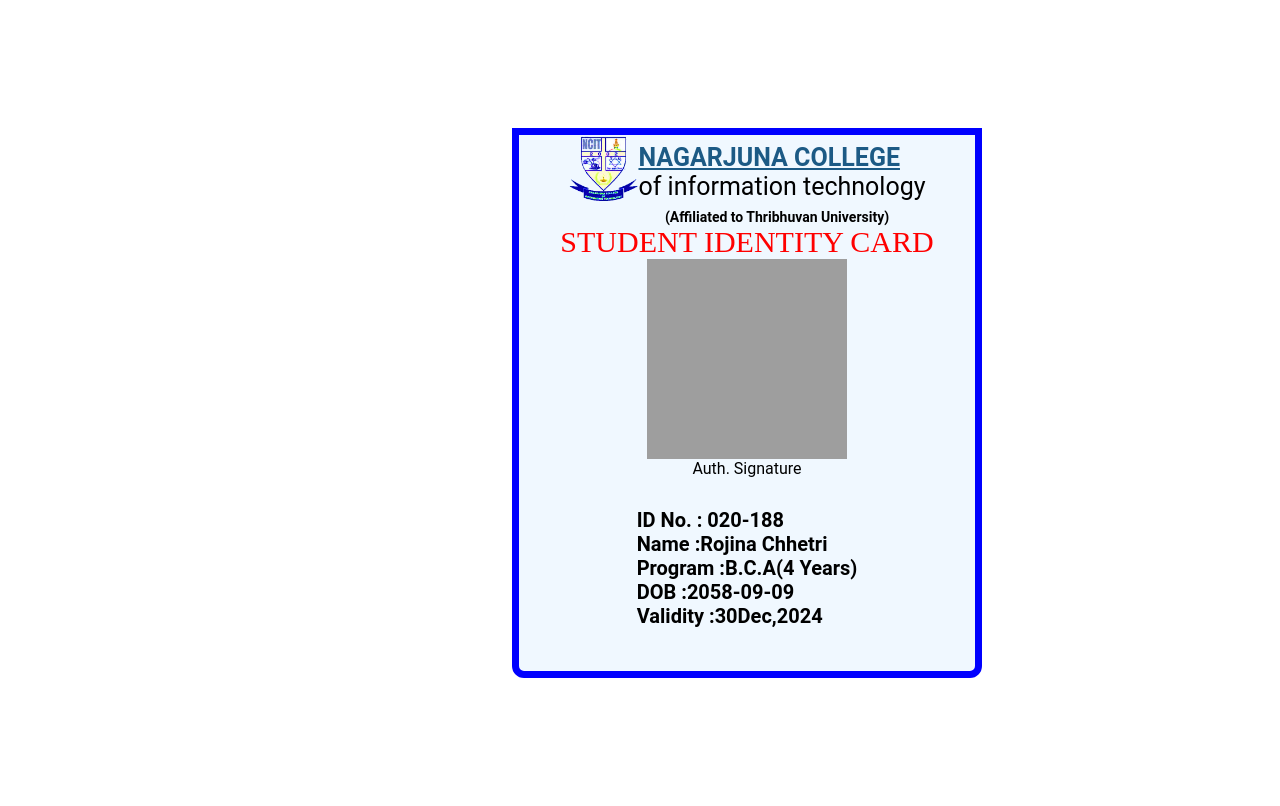
Repository: Rojinachhetri/roji
Page: rojina.html
An editor plug-in stored every save of this project. The page is shown before and after the next save, followed by the edit.
The browser window is 1280 px wide. The pictures show the whole page.
Pictures or frames that could not be fetched are drawn as grey boxes.

Above is the page before, as saved 2023-04-24 22:42:30.

### rojina.html
<!DOCTYPE html>
<html lang="en">

<head>
    <meta charset="UTF-8">
    <meta http-equiv="X-UA-Compatible" content="IE=edge">
    <meta name="viewport" content="width=device-width, initial-scale=1.0">
    <title>Nagrajuna college</title>
    <link rel="stylesheet" href="rojina.css">
</head>

<body>
    <div class="container">
        <div class="hero">
            <div class="logo">
                <img src="logo1.png" alt="logo" height="70px" width="70px">

            </div>
            <div class="container_text">
                <div class="name">NAGARJUNA COLLEGE</div>
                <div class="class1">of information technology</div>
            </div>
        </div>
        <div class="header">(Affiliated to Thribhuvan University)
        </div>
        <div class="student">STUDENT IDENTITY CARD</div>
        <div class="hero1">
            <img src="./rojinaa.jpg" alt="picture" height="200px" width="200px">
            <div>Auth. Signature</div>
        </div>
        <div class="id">
            <div>ID No. : 020-188</div>
            <div>Name :Rojina Chhetri</div>
            <div>Program :B.C.A(4 Years)</div>
            <div>DOB :2058-09-09</div>
            <div>Validity :30Dec,2024</div>
        </div>

    </div>


</body>

</html>

### rojina.css
    * {
        box-sizing: border-box;
        padding: 0px;
        margin: 0px;
        font-family: RobotO, sans-serif
    }

    .container {
        width: 470px;
        height: 550px;
        background-color: aliceblue;
        border: 7px solid blue;
        display: flex;
        flex-direction: column;
        align-items: center;
        margin: 10% 40% 10% 40%;
        border-radius: 0px 0px 12px 12px;
    }

    .hero {
        display: flex;
        flex-direction: row;
        align-items: center;
    }

    .container_text {
        font-size: 25px;
    }

    .container_text .name {
        text-decoration: underline;
        color: #1c5a85;
        font-weight: bolder;
    }

    .header {
        font-size: 14px;
        font-weight: bold;
        margin-left: 60px;
    }

    .hero1 {
        display: flex;
        flex-direction: column;
        align-items: center;
    }

    .student {
        font-size: 30px;
        font-weight: 500;
        font-family: 'Times New Roman', Times, serif;
        color: red;
    }

    .id {
        font-size: 20px;
        margin-top: 30px;
        font-weight: bold;
    }

After the next save:
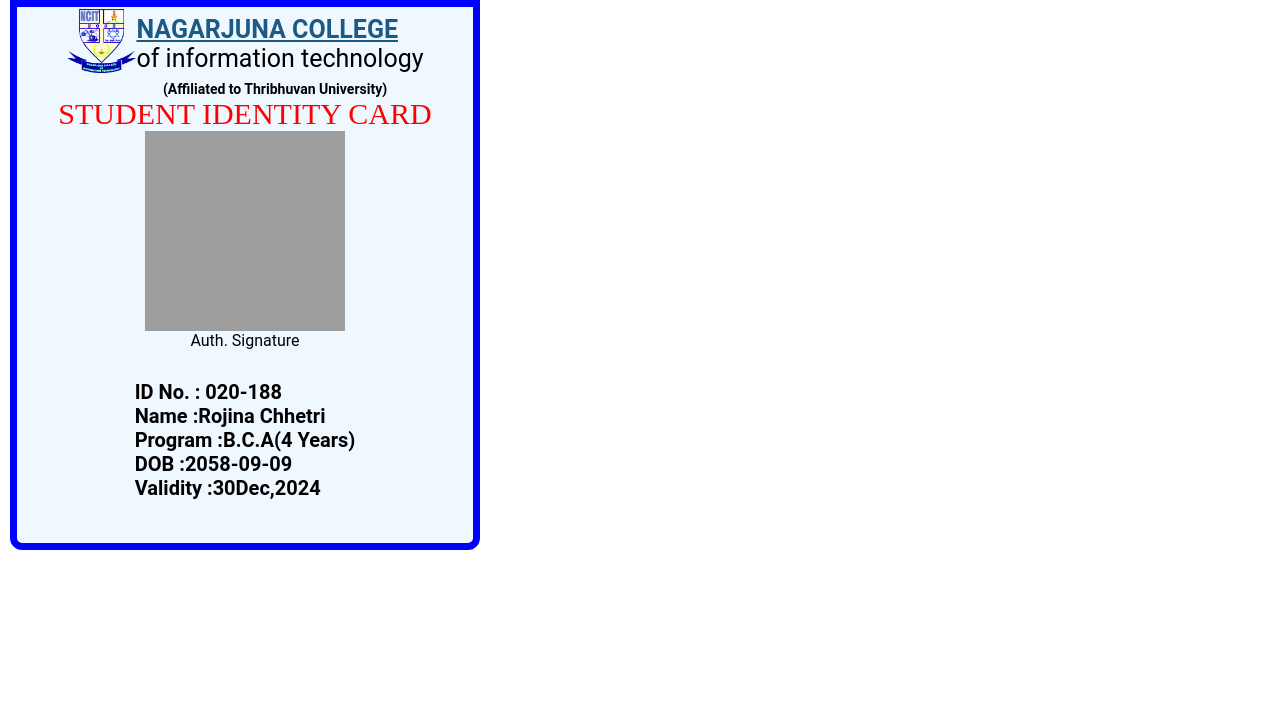
Saved 16 s later.
--- a/rojina.css
+++ b/rojina.css
@@ -13,7 +13,8 @@
         display: flex;
         flex-direction: column;
         align-items: center;
-        margin: 10% 40% 10% 40%;
+        margin: 0px 10px;
+        padding: 0px 10px 10px 10px;
         border-radius: 0px 0px 12px 12px;
     }
 
